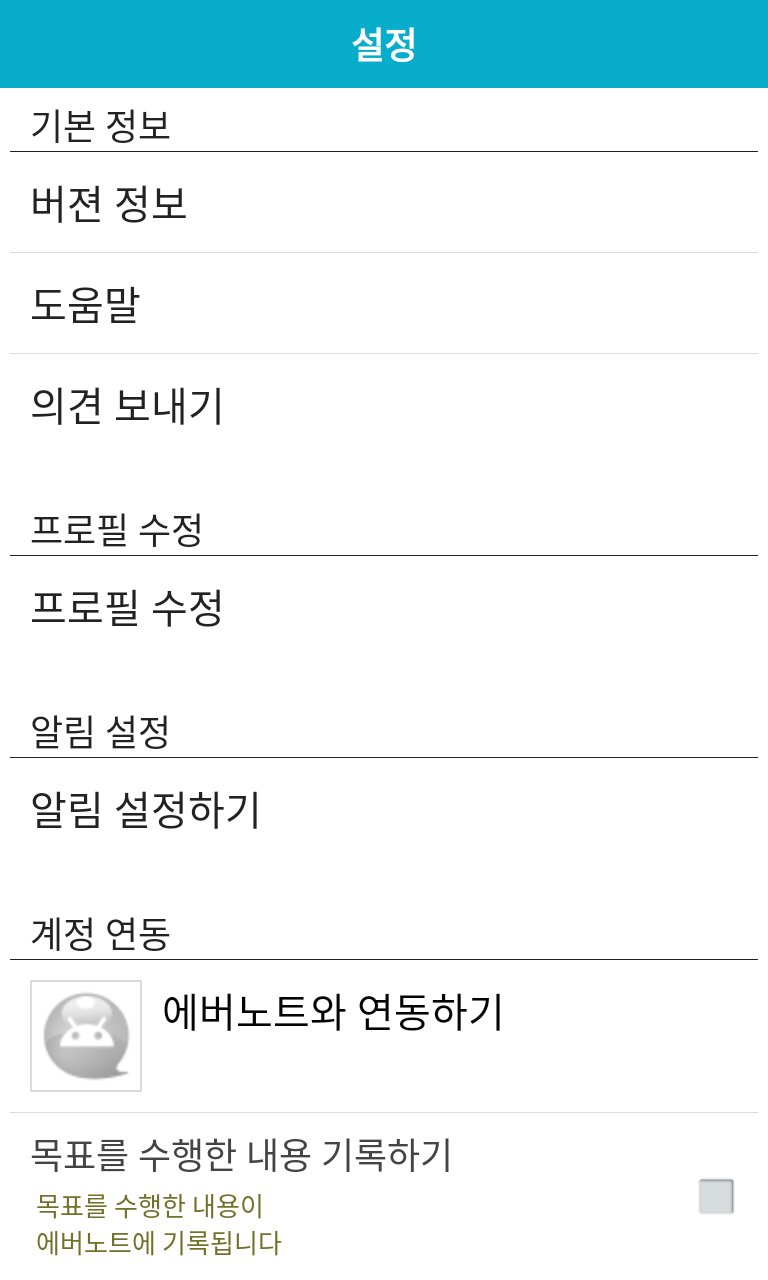
Repository: belhyun/witherest-android
Layout: Witherest/res/layout/activity_settings.xml
These files come from the project's save history. The layout is drawn as it stood at one moment and after the next save; the edit follows.
It is drawn on a 768 x 1280 px phone screen (xhdpi) without system bars, with theme android:Theme.Holo.NoActionBar; the app's code is not run.

Above is the layout before, as saved 2013-07-07 20:46:55.

### Witherest/res/layout/activity_settings.xml
<?xml version="1.0" encoding="utf-8"?>
<LinearLayout xmlns:android="http://schemas.android.com/apk/res/android"
    android:layout_width="fill_parent"
    android:layout_height="fill_parent"
    android:background="#ffffff"
    android:orientation="vertical" >

    <!-- Title Area -->

    <LinearLayout
        android:layout_width="fill_parent"
        android:layout_height="44dp"
        android:background="#09ADCC" >

        <TextView
            android:layout_width="fill_parent"
            android:layout_height="fill_parent"
            android:layout_gravity="center_horizontal|center_vertical"
            android:gravity="center"
            android:text="@string/settings_title"
            android:textColor="#ffffff"
            android:textSize="18sp"
            android:textStyle="bold" />
    </LinearLayout>

    <LinearLayout
        android:layout_width="fill_parent"
        android:layout_height="fill_parent"
        android:layout_marginLeft="5dp"
        android:layout_marginRight="5dp"
        android:orientation="vertical" >

        <ScrollView
            android:layout_width="match_parent"
            android:layout_height="match_parent"
            android:scrollbars="@null" >

            <LinearLayout
                android:layout_width="match_parent"
                android:layout_height="wrap_content"
                android:orientation="vertical" >

                <TextView
                    android:id="@+id/textView1"
                    android:layout_width="wrap_content"
                    android:layout_height="wrap_content"
                    android:layout_marginLeft="10dp"
                    android:layout_marginTop="5dp"
                    android:text="@string/default_info_text"
                    android:textColor="#222222"
                    android:textSize="18sp" />

                <LinearLayout
                    android:layout_width="match_parent"
                    android:layout_height="1px"
                    android:background="#222222"
                    android:orientation="vertical" >
                </LinearLayout>

                <RelativeLayout
                    android:id="@+id/badge_anchor"
                    android:layout_width="fill_parent"
                    android:layout_height="50dp"
                    android:background="@drawable/makeroom_selector"
                    android:clickable="true"
                    android:gravity="center_vertical"
                    android:orientation="horizontal"
                    android:padding="10dp" >

                    <TextView
                        android:id="@+id/version"
                        android:layout_width="wrap_content"
                        android:layout_height="wrap_content"
                        android:layout_alignParentLeft="true"
                        android:layout_centerVertical="true"
                        android:text="@string/version_title"
                        android:textColor="#222222"
                        android:textSize="20sp" />

                    <TextView
                        android:id="@+id/activity_settins_version_textView"
                        android:layout_width="wrap_content"
                        android:layout_height="wrap_content"
                        android:layout_alignParentRight="true"
                        android:layout_centerVertical="true"
                        android:layout_marginRight="30dp"
                        android:layout_marginTop="1dip"
                        android:textColor="#09BDBF"
                        android:textSize="15sp" />
                </RelativeLayout>

                <LinearLayout
                    android:layout_width="match_parent"
                    android:layout_height="1px"
                    android:background="#dddddd" >
                </LinearLayout>

                <RelativeLayout
                    android:id="@+id/help_btn"
                    android:layout_width="fill_parent"
                    android:layout_height="50dp"
                    android:background="@drawable/makeroom_selector"
                    android:clickable="true"
                    android:gravity="center_vertical"
                    android:orientation="horizontal"
                    android:padding="10dp" >

                    <TextView
                        android:id="@+id/version"
                        android:layout_width="wrap_content"
                        android:layout_height="wrap_content"
                        android:layout_alignParentLeft="true"
                        android:layout_centerVertical="true"
                        android:text="@string/help_title"
                        android:textColor="#222222"
                        android:textSize="20sp"
                        android:textStyle="normal" />
                </RelativeLayout>

                <LinearLayout
                    android:layout_width="match_parent"
                    android:layout_height="1px"
                    android:background="#dddddd" >
                </LinearLayout>

                <RelativeLayout
                    android:id="@+id/send_btn"
                    android:layout_width="fill_parent"
                    android:layout_height="50dp"
                    android:background="@drawable/makeroom_selector"
                    android:clickable="true"
                    android:gravity="center_vertical"
                    android:orientation="horizontal"
                    android:padding="10dp" >

                    <TextView
                        android:id="@+id/version"
                        android:layout_width="wrap_content"
                        android:layout_height="wrap_content"
                        android:layout_alignParentLeft="true"
                        android:layout_centerVertical="true"
                        android:text="@string/suggestion_title"
                        android:textColor="#222222"
                        android:textSize="20sp"
                        android:textStyle="normal" />
                </RelativeLayout>

                <TextView
                    android:id="@+id/textView2"
                    android:layout_width="wrap_content"
                    android:layout_height="wrap_content"
                    android:layout_marginLeft="10dp"
                    android:layout_marginTop="24dp"
                    android:text="@string/profile_title"
                    android:textColor="#222222"
                    android:textSize="18sp" />

                <LinearLayout
                    android:layout_width="match_parent"
                    android:layout_height="1px"
                    android:background="#222222"
                    android:orientation="vertical" >
                </LinearLayout>

                <RelativeLayout
                    android:id="@+id/modify_profile_btn"
                    android:layout_width="fill_parent"
                    android:layout_height="50dp"
                    android:background="@drawable/makeroom_selector"
                    android:clickable="true"
                    android:gravity="center_vertical"
                    android:orientation="horizontal"
                    android:padding="10dp" >

                    <TextView
                        android:id="@+id/version"
                        android:layout_width="wrap_content"
                        android:layout_height="wrap_content"
                        android:layout_alignParentLeft="true"
                        android:layout_centerVertical="true"
                        android:text="@string/profile_title"
                        android:textColor="#222222"
                        android:textSize="20sp" />
                </RelativeLayout>

                <TextView
                    android:id="@+id/textView3"
                    android:layout_width="wrap_content"
                    android:layout_height="wrap_content"
                    android:layout_marginLeft="10dp"
                    android:layout_marginTop="24dp"
                    android:text="@string/note_title"
                    android:textColor="#222222"
                    android:textSize="18sp" />

                <LinearLayout
                    android:layout_width="match_parent"
                    android:layout_height="1px"
                    android:background="#222222"
                    android:orientation="vertical" >
                </LinearLayout>

                <RelativeLayout
                    android:id="@+id/note_config_btn"
                    android:layout_width="fill_parent"
                    android:layout_height="50dp"
                    android:background="@drawable/makeroom_selector"
                    android:clickable="true"
                    android:gravity="center_vertical"
                    android:orientation="horizontal"
                    android:padding="10dp" >

                    <TextView
                        android:id="@+id/note"
                        android:layout_width="wrap_content"
                        android:layout_height="wrap_content"
                        android:layout_alignParentLeft="true"
                        android:layout_centerVertical="true"
                        android:text="@string/note_message"
                        android:textColor="#222222"
                        android:textSize="20sp" />
                </RelativeLayout>

                <TextView
                    android:id="@+id/textView4"
                    android:layout_width="wrap_content"
                    android:layout_height="wrap_content"
                    android:layout_marginLeft="10dp"
                    android:layout_marginTop="24dp"
                    android:text="@string/acount_title"
                    android:textColor="#222222"
                    android:textSize="18sp" />

                <LinearLayout
                    android:layout_width="match_parent"
                    android:layout_height="1px"
                    android:background="#222222"
                    android:orientation="vertical" >
                </LinearLayout>

                <RelativeLayout
                    android:id="@+id/activity_setting_evenote_container"
                    android:layout_width="match_parent"
                    android:layout_height="wrap_content"
                    android:padding="10dp" >

                    <LinearLayout
                        android:id="@+id/activity_setting_image_linear"
                        android:layout_width="wrap_content"
                        android:layout_height="wrap_content"
                        android:layout_alignParentLeft="true"
                        android:layout_marginRight="10dp"
                        android:background="@drawable/image_bg"
                        android:padding="3dip" >

                        <ImageView
                            android:id="@+id/activity_settion_evernote_image"
                            android:layout_gravity="center_vertical|center_horizontal"
                            android:layout_width="50dp"
                            android:layout_height="50dp"
                            android:scaleType="fitCenter"
                            android:src="@drawable/stub" />
                    </LinearLayout>

                    <TextView
                        android:id="@+id/activity_setting_evernote_title"
                        android:layout_width="wrap_content"
                        android:layout_height="wrap_content"
                        android:layout_alignTop="@id/activity_setting_image_linear"
                        android:layout_toRightOf="@id/activity_setting_image_linear"
                        android:text="@string/evernote_message1"
                        android:textColor="#040404"
                        android:textSize="20sp" />
                </RelativeLayout>

                <LinearLayout
                    android:layout_width="match_parent"
                    android:layout_height="1px"
                    android:background="#dddddd"
                    android:orientation="vertical" >
                </LinearLayout>

                <RelativeLayout
                    android:layout_width="fill_parent"
                    android:layout_height="wrap_content"
                    android:background="@drawable/makeroom_selector"
                    android:clickable="true"
                    android:gravity="center_vertical"
                    android:orientation="horizontal"
                    android:padding="5dip" >

                    <LinearLayout
                        android:id="@+id/activity_setting_evernote_linear1"
                        android:layout_width="match_parent"
                        android:layout_height="wrap_content"
                        android:layout_marginBottom="5dp"
                        android:layout_marginLeft="5dp"
                        android:layout_marginTop="2dp"
                        android:orientation="vertical" >

                        <TextView
                            android:layout_width="wrap_content"
                            android:layout_height="wrap_content"
                            android:layout_marginBottom="3dp"
                            android:text="@string/activity_setting_evernote_detail1"
                            android:textColor="#444444"
                            android:textSize="18sp"
                            android:textStyle="normal"
                            android:typeface="sans" />

                        <TextView
                            android:layout_width="wrap_content"
                            android:layout_height="wrap_content"
                            android:layout_marginLeft="3dp"
                            android:text="@string/activity_setting_evernote_detail2"
                            android:textColor="#71712a"
                            android:textSize="13sp"
                            android:typeface="sans" />
                    </LinearLayout>


                    <CheckBox
                        android:id="@+id/activity_setting_evernote_btn"
                        android:layout_width="wrap_content"
                        android:layout_height="wrap_content"
                        android:layout_alignParentBottom="true"
                        android:layout_alignParentRight="true"
                        android:layout_alignRight="@id/activity_setting_evernote_linear1"
                        android:duplicateParentState="true"
                        android:layout_centerVertical="true"
                        android:background="@drawable/check_on_off"
                        android:longClickable="true" />

                </RelativeLayout>

                <TextView
                    android:id="@+id/textView5"
                    android:layout_width="wrap_content"
                    android:layout_height="wrap_content"
                    android:layout_marginLeft="10dp"
                    android:layout_marginTop="24dp"
                    android:text="@string/system_title"
                    android:textColor="#222222"
                    android:textSize="18sp" />

                <LinearLayout
                    android:layout_width="match_parent"
                    android:layout_height="1px"
                    android:background="#222222"
                    android:orientation="vertical" >
                </LinearLayout>

                <RelativeLayout
                    android:id="@+id/widthdraw_btn"
                    android:layout_width="fill_parent"
                    android:layout_height="50dp"
                    android:background="@drawable/makeroom_selector"
                    android:clickable="true"
                    android:gravity="center_vertical"
                    android:orientation="horizontal"
                    android:padding="10dp" >

                    <TextView
                        android:id="@+id/withdraw_text"
                        android:layout_width="wrap_content"
                        android:layout_height="wrap_content"
                        android:layout_alignParentLeft="true"
                        android:layout_centerVertical="true"
                        android:textColor="#222222"
                        android:textSize="20sp" />
                </RelativeLayout>

                <LinearLayout
                    android:layout_width="match_parent"
                    android:layout_height="1px"
                    android:background="#b5b5b5"
                    android:orientation="vertical" >
                </LinearLayout>

                <RelativeLayout
                    android:id="@+id/logout_btn"
                    android:layout_width="fill_parent"
                    android:layout_height="50dp"
                    android:layout_marginBottom="10dp"
                    android:background="@drawable/makeroom_selector"
                    android:clickable="true"
                    android:gravity="center_vertical"
                    android:orientation="horizontal"
                    android:padding="10dip" >

                    <TextView
                        android:id="@+id/logout_text"
                        android:layout_width="wrap_content"
                        android:layout_height="wrap_content"
                        android:layout_alignParentLeft="true"
                        android:layout_centerVertical="true"
                        android:textColor="#222222"
                        android:textSize="20sp" />
                </RelativeLayout>
            </LinearLayout>
        </ScrollView>
    </LinearLayout>

</LinearLayout>

### Witherest/res/drawable/makeroom_selector.xml
<?xml version="1.0" encoding="utf-8"?>
<selector xmlns:android="http://schemas.android.com/apk/res/android">


    <item android:drawable="@drawable/hover_bg" android:state_pressed="true"/>
    <item android:drawable="@drawable/hover_bg" android:state_pressed="false" android:state_selected="true"/>

</selector>

### Witherest/res/drawable/image_bg.xml
<?xml version="1.0" encoding="utf-8"?>
<layer-list xmlns:android="http://schemas.android.com/apk/res/android" >

    <item>
        <shape android:shape="rectangle" >
            <stroke
                android:width="1dp"
                android:color="#dbdbdc" />

            <solid android:color="#FFFFFF" />
        </shape>
    </item>

</layer-list>

### Witherest/res/drawable/check_on_off.xml
<?xml version="1.0" encoding="utf-8"?>
<selector
	xmlns:android="http://schemas.android.com/apk/res/android">
    <item
    	android:state_checked="true"
    	android:drawable="@drawable/check_btn_on"/>
    <item
    	android:drawable="@drawable/check_btn_off"/>
</selector>

### Witherest/res/drawable/hover_bg.xml
<?xml version="1.0" encoding="utf-8"?>
<shape xmlns:android="http://schemas.android.com/apk/res/android" >
    <solid android:color="#16cedb"/>
</shape>

Loaded but not shown: Witherest/res/values/strings.xml (245 lines, source omitted)

After the next save:
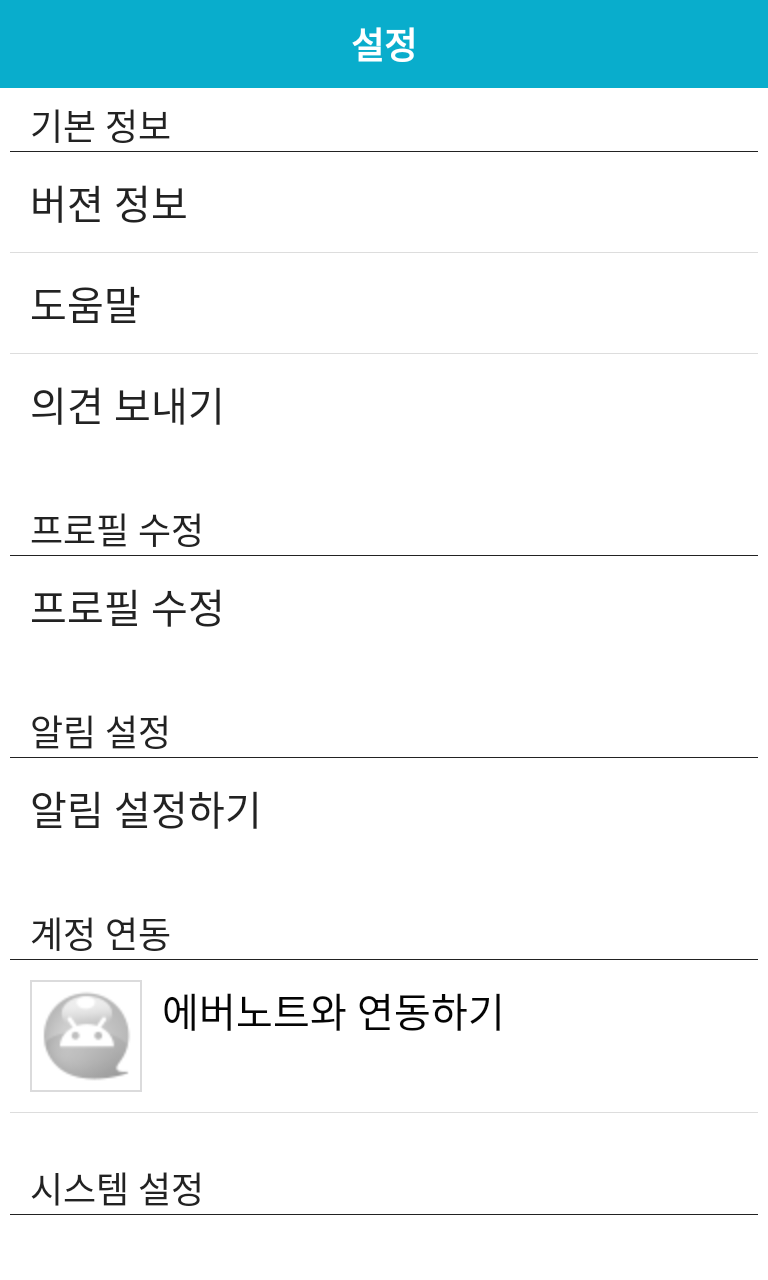
Saved 89 s later.
--- a/Witherest/res/layout/activity_settings.xml
+++ b/Witherest/res/layout/activity_settings.xml
@@ -296,6 +296,7 @@
                         android:layout_marginBottom="5dp"
                         android:layout_marginLeft="5dp"
                         android:layout_marginTop="2dp"
+                        android:layout_toLeftOf="@+id/activity_setting_evernote_btn"
                         android:orientation="vertical" >
 
                         <TextView
@@ -320,7 +321,7 @@
 
 
                     <CheckBox
-                        android:id="@+id/activity_setting_evernote_btn"
+                        android:id="@id/activity_setting_evernote_btn"
                         android:layout_width="wrap_content"
                         android:layout_height="wrap_content"
                         android:layout_alignParentBottom="true"

After the save that followed:
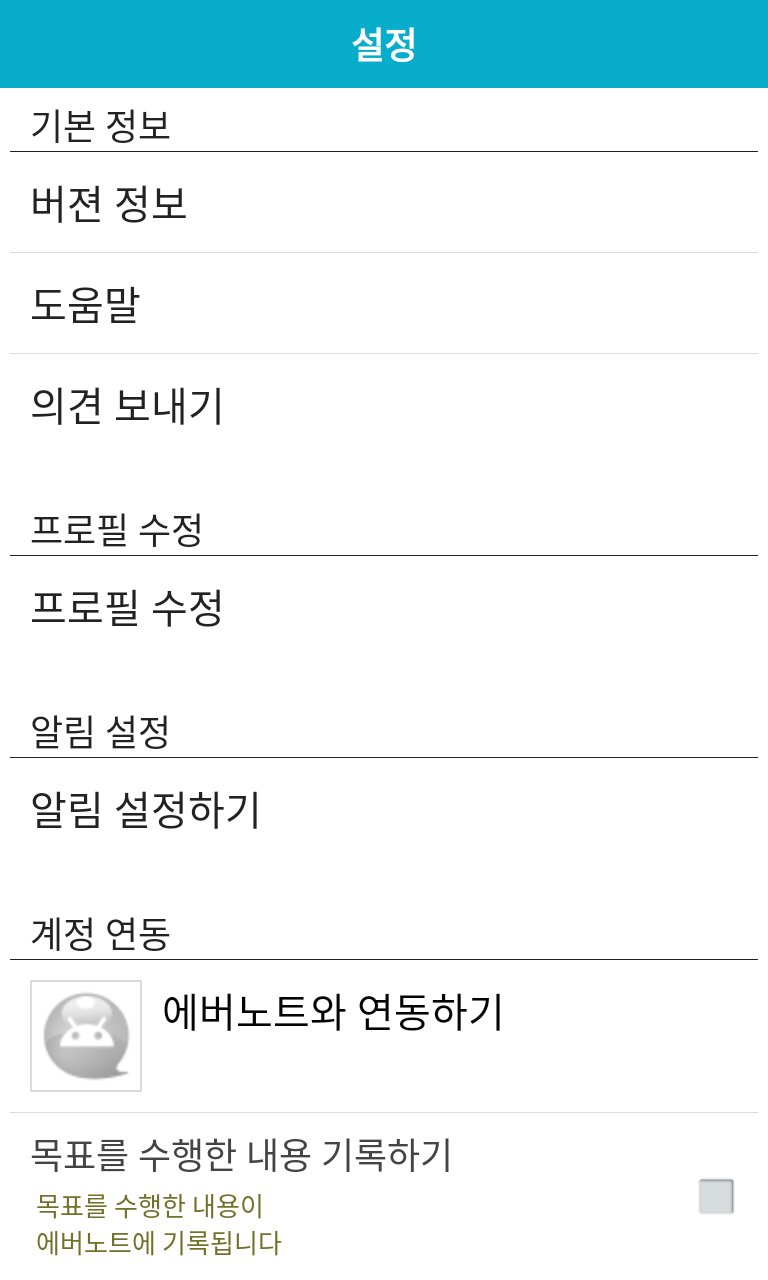
Saved 19 s later.
--- a/Witherest/res/layout/activity_settings.xml
+++ b/Witherest/res/layout/activity_settings.xml
@@ -326,7 +326,7 @@
                         android:layout_height="wrap_content"
                         android:layout_alignParentBottom="true"
                         android:layout_alignParentRight="true"
-                        android:layout_alignRight="@id/activity_setting_evernote_linear1"
+
                         android:duplicateParentState="true"
                         android:layout_centerVertical="true"
                         android:background="@drawable/check_on_off"
